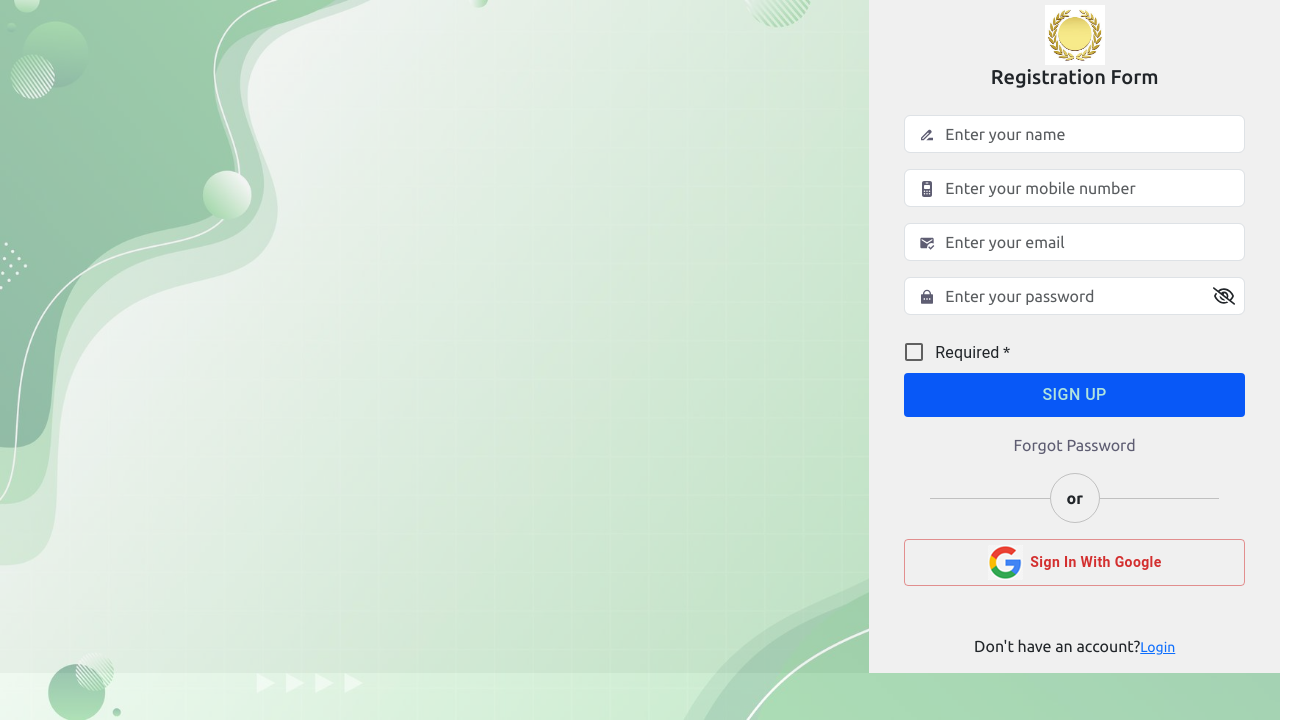
Repository: gautamsonam011/admin-react-dashboard
Page: /signup
The author's editor kept a copy of each file at every save. The page is drawn from the files as they stood at one save, then again after the next save.
The browser window is 1280 px wide. The page is 1292 px wide, so the pictures cover 1292 px, including what lies to the right of the window. The pictures show the whole page.
The project was rebuilt for these pictures with package versions that can differ from the ones it lists, and the page was loaded fresh each time. Also part of the build but not shown: src/components/DashboardBox.jsx, src/pages/Dashboard/Dashboard.jsx, src/pages/Login/index.jsx.

Above is the page before, as saved 2025-04-26 22:14:24.

### src/App.css
@import url('https://fonts.googleapis.com/css2?family=Ubuntu:ital,wght@0,300;0,400;0,500;0,700;1,300;1,400;1,500;1,700&display=swap');

body{
  font-family: "Ubuntu", sans-serif !important;
  background-color: #f4f8f7;

}

header{
  width:100%;
  height: 70px;
  background-color:#62bebe;
  position: fixed;
  top:0px;
  left:0px;
  z-index: 1000;
}
header .logo{
  text-decoration: none;
}
header .logo img{
  margin-top: 10px;
  width:45px;

}

header .logo span{
color: coral;
font-weight: bolder;
font-size: 24px;
}
header button.rounded-circle{min-width:40px !important; width:40px !important; height: 40px !important; background-color:#0ff7d8 !important; margin: 15px;}
header button.rounded-circle svg{color:rgb(29, 27, 27); font-size: 25px !important; transition: all 0.2s ease-in-out;}
header button.rounded-circle:hover svg{color: #2585d4 !important;}
.searchBox{width:400px; height: 40px; background-color:#faf9f9; border-radius: 6px;padding: 3px 15px;}
.searchBox input{background: transparent;border:0px; outline:none; padding-left: 5px; font-size: 15px; color:#292929}
.searchBox input::-webkit-input-placeholder{color:#292929}
.searchBox svg{font-size: 18px; color:#292929 ;}

.userImg{display: flex; align-items:center; justify-content: center; overflow: hidden; width:40px; height: 40px; border:1px solid #0ff7d8; padding: 2px; border-radius: 100%;}
.userImg .rounded-circle{display: flex; align-items:center; justify-content: center; overflow: hidden; width: 40px; height: 40px; cursor: pointer; position: relative;}
.userImg .rounded-circle .img{object-fit: cover; width: 100%;}
.userInfo{padding-left: 10px;}
.userInfo h5{font-size: 15px; font-weight: 600; margin-bottom:0px; color: #266666;}

#account-menu li{font-size: 14px !important;}
#account-menu li svg{font-size: 20px !important}

.dropdown-info{padding-left: 6px;}
.dropdown-info h4{font-size: 15px; font-weight:600;margin-top: 2px; white-space: break-space; line-height: 21px;}
.dropdown-info p{font-size: 10px; color: #2585d4;}


/* Style for sidebar  */

.main .sidebarWrapper{width: 20%; flex: 0 0 20%; transition: all 0.3s ease-in-out;}
.main .sidebarWrapper.toggle{width: 0%; flex: 0 0 0%;}
.btn-signin{padding: 7px 20px !important; background:#266666 !important; color: #f4f8f7 !important; font-weight: bold !important; border-radius:20px !important;}
.main .sidebarWrapper .sidebar{width:20%; height: 100vh; max-height: calc(100%-70px); position:fixed; top: 70px; left:0px; background:#b1e4dd; overflow-y: scroll; overflow-x: hidden; padding-bottom: 40px; transition: all 0.3s ease-in-out;}
.main .sidebarWrapper.toggle .sidebar{left:-100%;}

.main .sidebarWrapper .sidebar::-webkit-scrollbar-thumb{background: transparent !important; width:3px;}
.main .sidebarWrapper:hover .sidebar::-webkit-scrollbar{ background:#2585d4; width:3px;}
.main .sidebarWrapper .sidebar ul{margin-bottom:0px;}
.main .sidebarWrapper .sidebar ul li{list-style: none; margin-top:10px;}
.main .sidebarWrapper .sidebar ul li button{color:#266666; text-align: left; justify-content: left; border-radius:0px !important; padding: 12px 15px !important;
  align-items: center; text-transform: capitalize !important;font-family: "Ubuntu", sans-serif !important;
  margin-left: 0px; font-size: 15px !important;
}
.main .sidebarWrapper .sidebar ul li button .icon{display: flex; align-items:center; justify-content: center; width:25px; height:25px; margin-right: 10px;}
.main .sidebarWrapper .sidebar ul li button .icon svg{color:#292929; opacity: 0.8; font-size: 22px;}
.main .sidebarWrapper .sidebar ul li button .arrow{margin-left: auto; display: flex; align-items: center; justify-content: center; width: 25px; transition: all 0.3s ease-in-out}
.main .sidebarWrapper .sidebar ul li button:hover{background:#62bebe !important;}
.main .sidebarWrapper .sidebar ul li button.active{background: #62bebe !important;}
.main .sidebarWrapper .sidebar ul li button.active .arrow{transform: rotate(90deg);}

.main .sidebarWrapper .sidebar ul .submenu{padding: 0px 45px; position:relative; height:auto;}
.main .sidebarWrapper .sidebar ul .submenu::before{content:''; width:1px; height: 95%; position: absolute; top:0px; left:25px; background:rgba(0, 0, 0, 0.1);}
.main .sidebarWrapper .sidebar ul .submenu li{width:100%; list-style: none;}
.main .sidebarWrapper .sidebar ul .submenu li a{color:#266666 !important; text-decoration: none; font-family: "Ubuntu", sans-serif !important;
display: block; padding: 6px 0px; font-size: 14px !important; font-weight: 500; transition:all 0.3s}
.main .sidebarWrapper .sidebar ul .submenu li a:hover{color:#2585d4 !important;}

.main .sidebarWrapper .sidebar ul .submenuWrapper{transition:all 0.3s ease-in-out; height: 0px; overflow: hidden; }
.main .sidebarWrapper .sidebar ul .submenuWrapper.colapsed .submenu{opacity:0;}

.main .sidebarWrapper .sidebar ul .submenuWrapper.colapse{height:auto; overflow: inherit;}
.main .sidebarWrapper .sidebar ul .submenuWrapper.colapse .submenu{opacity:1; height:auto;}

.logoutWrapper{padding: 0px 25px;}
.logoutWrapper .logoutBox{width:100%; height:100px; padding: 25px; background:#bcd2fd; border-radius:10px; margin-bottom:20px; display:flex; align-items: center; justify-content: center;
position:relative; overflow:hidden;}
.logoutWrapper .logoutBox::before{content:''; width:50px; height:50px; background:#266666; border-radius: 100%; position:absolute; top: -20px; right: 30px; opacity:0.5}
.logoutWrapper .logoutBox::after{content:''; width:30px; height:30px; background:#266666; border-radius: 100%; position:absolute; top: -30px; left: 30px; opacity:0.5}
.logoutWrapper .logoutBox button{font-size:14px !important; font-weight: 600 !important; }
.logoutWrapper .logoutBox button svg{margin-right: 15px; font-size:18px;}

.main .content{width:80%; flex: 0 0 80%; transition: all 0.3s ease-in-out;}
.main .content.toggle{width:100%; flex: 0 0 100%;}

.dashboardBoxWrapperRow{margin-left: 20%;}
.right-content{padding: 90px 30px;}
.dashboardBoxWrapper{gap: 15px; width:100%; flex-wrap: wrap;}
.dashboardBoxWrapper .dashboardBox{width:48%; height: 170px; border-radius:10px; overflow: hidden; padding:20px; display: flex; flex-direction: column; justify-content: space-around; text-align: left !important; justify-content: flex-start;}
.dashboardBoxWrapperRow .box{width:100%; height: 100%; background:#0ff7d8;}

.dashboardBoxWrapper .dashboardBox .col1 h4{font-size: 20px; font-weight: 600;}
.dashboardBoxWrapper .dashboardBox .col1 span{font-size: 40px; font-weight: bold;}
.dashboardBoxWrapper .dashboardBox .icon { margin-left: 180px; display: flex; align-items:center; justify-content: center; width:45px; height: 45px; border-radius:5px; background-image: linear-gradient(to bottom right, rgba(0, 0, 0, 0), rgba(0, 0, 0, 0.2));}
.dashboardBoxWrapper .dashboardBox .icon svg{font-size: 45px; opacity: 0.1; color:#f4f8f7}

.dashboardBoxWrapper .dashboardBox button.toggleIcon {font-size: 22px; color:rgba(0,0,0,0.5); cursor: pointer; min-width: 40px !important; width: 40px !important; height: 40px !important; border-radius: 50% !important; margin-left: 170px; border-right: none; opacity: 0.3;}

.dashboardBoxWrapperRow .dashboardBoxWrapper .dashboardBox .chart{position:absolute; opacity: 0.1;}
.dashboardBoxWrapperRow .dashboardBoxWrapper .dashboardBox .chart svg{font-size: 150px; color: #000;}

/*  style for Login page */

.loginSection{
  width: 100%; height: 120hv; padding: 35px 25px;
  background:#f4f8f7; position: relative;
}
.loginbgimage{width:100%; height: 100%; opacity: 0.4; position: fixed; top: 0; left: 0; z-index: 99; pointer-events: none;}
.loginSection .loginBox{width: 400px; height: auto; margin: auto;}
.loginSection .loginBox .wrapper{width:100%; height: auto; background: #98becf;}
.full{max-width: 100% !important; flex: 0 0 100% !important; width: 100% !important;}
.loginSection .loginBox .wrapper .form-control{box-shadow: none !important; outline: none !important; padding-left: 40px;}
.loginSection .loginBox .wrapper .form-control:focus{border: 1px solid #0858f7 !important;}
.loginSection .loginBox .wrapper .form-group .icon{position: absolute; top: 6px; left: 15px; z-index: 100;}
.loginSection .loginBox .wrapper .form-group.focus .icon svg{color:#0858f7 !important;}
.loginSection .loginBox .wrapper .form-group .icon svg{color:#5e5d72;}
.toggleShowPassword{position: absolute; top: 5px; right: 10px; cursor: pointer;}
.toggleShowPassword svg{font-size: 22px;}
.btn-big{padding: 8px 25px !important; background:#0858f7 !important; color:#b1e4dd !important; font-size: 16px !important;}
.forgotPassword{color: #5e5d72; text-decoration: none;}
.forgotPassword:hover{color:#0858f7 !important;}
.loginSection .loginBox .wrapper .link{font-size: 14px;}
.loginSection .loginBox .wrapper .or span.line{display: block; width: 35%; height: 1px; background: rgba(0, 0, 0, 0.2);}
.loginSection .loginBox .wrapper .or span.txt{display: flex; align-items: center; justify-content: center; font-size: 16px; font-weight: 600; width: 50px; height: 50px; border: 1px solid rgba(0, 0, 0, 0.2); border-radius: 50%;}
.loginSection .loginBox .wrapper .form-group{margin-bottom: 12px;}
.loginwithGoogle{text-transform: capitalize !important; font-weight: bold !important;}
/* Registration Form */
.signupSection{background: #f1f1f1 !important; padding: 0px 0px;}
.signupSection .loginBox{background: #f0f0f0 !important; position:relative; z-index: 100; width:100% !important; padding: 5px 25px !important;}
.signupSection .loginBox .wrapper{border: 0px !important; background: transparent !important; padding: 10px !important;}

### src/components/Sidebar/index.jsx
import Button from '@mui/material/Button';
import { RiDashboardLine } from "react-icons/ri";
import { IoIosArrowForward } from "react-icons/io";
import { TbBrandProducthunt } from "react-icons/tb";
import { TiShoppingCart } from "react-icons/ti";
import { MdOutlineMessage } from "react-icons/md";
import { IoNotifications } from "react-icons/io5";
import { MdOutlineSettings } from "react-icons/md";
import { Link } from 'react-router-dom';
import React, { useState} from "react";
import { RiLogoutCircleRLine } from "react-icons/ri";
// import { MyContext } from '../../App';

const Sidebar = () =>{
    const [activeTab, setActiveTab] = useState(0);
    const [isToggleSubmenu, setIsToggleSubmenu] = useState(false);

    // const context = useContext(MyContext);

    const isOpenSubmenu = (index) =>{
        setActiveTab(index);
        setIsToggleSubmenu(!isToggleSubmenu);


    }

    return(
        <div className="sidebar">
            <ul>
                <li>
                    <Link to="/">
                    <Button className={`w-100 ${activeTab === 0 ? 'active' : ''}`} onClick={()=>isOpenSubmenu(0)}>
                        <span className='icon'><RiDashboardLine/></span>
                        Dashboard
                        <span className="arrow"><IoIosArrowForward/></span>
                    </Button>
                    </Link>
                </li>
                <li>
                    <Button className={`w-100 ${activeTab === 1 && isToggleSubmenu===true ?  'active' : ''}`} onClick={()=>isOpenSubmenu(1)}>
                        <span className='icon'><TbBrandProducthunt/></span>
                        Products
                        <span className="arrow"><IoIosArrowForward/></span>
                    </Button>
                    <div className={`submenuWrapper ${activeTab===1 && isToggleSubmenu===true ? 'colapse':'colapsed'}`}>
                    <ul className='submenu'>
                        <li><Link to="#">Product Add</Link></li>
                        <li><Link to="#">Product List</Link></li>
                        <li><Link to="#">Product View</Link></li>
                    </ul>
                    </div>
                </li>
                <li>
                    <Link to="/">
                    <Button className={`w-100 ${activeTab === 2 ? 'active' : ''}`} onClick={()=>isOpenSubmenu(2)}>
                        <span className='icon'><TiShoppingCart/></span>
                        Orders
                        <span className="arrow"><IoIosArrowForward/></span>
                    </Button>
                    </Link>
                </li>
                <li>
                    <Link to="/">
                    <Button className={`w-100 ${activeTab === 3 ? 'active' : ''}`} onClick={()=>isOpenSubmenu(3)}>
                        <span className='icon'><MdOutlineMessage/></span>
                        Messages
                        <span className="arrow"><IoIosArrowForward/></span>
                    </Button>
                    </Link>
                </li>
                <li>
                    <Link to="/">
                    <Button className={`w-100 ${activeTab === 4 ? 'active' : ''}`} onClick={()=>isOpenSubmenu(4)}>
                        <span className='icon'><IoNotifications/></span>
                        Notifications
                        <span className="arrow"><IoIosArrowForward/></span>
                    </Button>
                    </Link>
                </li>
                <li>
                    <Link to="/">
                    <Button className={`w-100 ${activeTab === 5 ? 'active' : ''}`} onClick={()=>isOpenSubmenu(5)}>
                        <span className='icon'><MdOutlineSettings /></span>
                        Settings
                        <span className="arrow"><IoIosArrowForward/></span>
                    </Button>
                    </Link>
                </li>
            </ul>
            <br/>
            <div className="logoutWrapper">
                <div className="logoutBox">
            <Button variant="outlined"> <RiLogoutCircleRLine/>Logout</Button>
            </div>
            </div>
        </div>
    )
}

export default Sidebar

### src/pages/SignUp/index.jsx
import logo from '../../assests/images/logo.jpg';
import bgImage from '../../assests/bg.jpg';

import { MyContext } from '../../App';
import { useContext, useEffect, useState } from 'react';
import { MdMarkEmailRead } from "react-icons/md";
import { RiLockPasswordFill } from "react-icons/ri";
import { FaRegEyeSlash } from "react-icons/fa6";
import { FaEye } from "react-icons/fa";
import Button from '@mui/material/Button';
import { Link } from 'react-router-dom';
import google from "../../assests/images/google.png";
import { MdDriveFileRenameOutline } from "react-icons/md";
import { FaMobileRetro } from "react-icons/fa6";
import FormControlLabel from '@mui/material/FormControlLabel';
import Checkbox from '@mui/material/Checkbox';


const SignUp = () => {
    const context = useContext(MyContext);
    const [inputIndex, setInputIndex] = useState(null);
    const [isShowPassword, setisShowPassword] = useState(false);
    const focusInput = (index) => {
        setInputIndex(index);
    }

    useEffect(() => {
        context.setisHideSidebarHeader(true);
    }, []);

    return (
        <>
            <img src={bgImage} className='loginbgimage' alt="bgimage" />
            <section className="loginSection signupSection">
                <div className='row'>
                    <div className='col-md-8'>

                    </div>
                    <div className='col-md-4 pr-0'>
                        <div className="loginBox">
                            <div className="loginLogo text-center">
                                <img src={logo} alt="Logo" width="60px" />
                                <h5 className='font-weight-bold'>Registration Form</h5>
                            </div>

                            <div className='wrapper mt-3 card border p-3'>
                                <form>
                                <div className={`form-group mb-3 position-relative ${inputIndex === 0 && 'focus'}`}>
                                        <span className="icon"><MdDriveFileRenameOutline /></span>
                                        <input type="text" className='form-control' placeholder='Enter your name' onFocus={() => focusInput(0)} onBlur={() => setInputIndex(null)} />
                                    </div>
                                    <div className={`form-group mb-3 position-relative ${inputIndex === 1 && 'focus'}`}>
                                        <span className="icon"><FaMobileRetro /></span>
                                        <input type="number" className='form-control' placeholder='Enter your mobile number' onFocus={() => focusInput(1)} onBlur={() => setInputIndex(null)} />
                                    </div>
                                    <div className={`form-group mb-3 position-relative ${inputIndex === 2 && 'focus'}`}>
                                        <span className="icon"><MdMarkEmailRead /></span>
                                        <input type="email" className='form-control' placeholder='Enter your email' onFocus={() => focusInput(2)} onBlur={() => setInputIndex(null)} />
                                    </div>
                                    <div className={`form-group mb-3 position-relative ${inputIndex === 3 && 'focus'}`}>
                                        <span className="icon"><RiLockPasswordFill /></span>
                                        <input type={`${isShowPassword === true ? 'text' : 'password'}`} className='form-control' placeholder='Enter your password' onFocus={() => focusInput(3)} onBlur={() => setInputIndex(null)} />
                                        <span className="toggleShowPassword" onClick={() => setisShowPassword(!isShowPassword)}>
                                            {
                                                isShowPassword === true ? <FaEye /> : <FaRegEyeSlash />
                                            }

                                        </span>
                                    </div>
                                    <FormControlLabel required control={<Checkbox />} label="Required" />
                                    <div className='form-group'>
                                        <Button className="btn-lg w-100 btn-big">Sign Up</Button>
                                    </div>
                                    <div className='form-group text-center mt-3'>
                                        <Link to={'forgot-password'} className="forgotPassword">Forgot Password</Link>
                                        <div className='d-flex align-items-center justify-content-center or mt-3 mb-3'>
                                            <span className='line'></span>
                                            <span className='txt'>or</span>
                                            <span className='line'></span>
                                        </div>

                                        <Button variant="outlined" color="error" className='w-100 btn-lg loginwithGoogle'><img src={google} /> &nbsp; Sign In with Google</Button>
                                    </div>
                                </form>
                            </div>
                            <div className='wrapper mt-3 card border p-3 footer'>
                                <span className='text-center'>
                                    Don't have an account?
                                    <Link to={'/login'} className='link color ml-2'>Login</Link>
                                </span>
                            </div>
                        </div>
                    </div>
                </div>

            </section>
        </>
    )
}
export default SignUp;

### src/components/SearchBox.jsx
import { FaSearch } from "react-icons/fa";

const SearchBox = () =>{
    return (
        <div className="searchBox position-relative d-flex align-items-center">
            <FaSearch className="mr-2" />
            <input type="text" placeholder="Search here"  />
        </div>
    )
}

export default SearchBox;

Loaded but not shown: public/index.html (common file); src/index.js (common file); src/reportWebVitals.js (common file); src/App.js (59 lines, source omitted); src/components/Header/index.jsx (239 lines, source omitted)

After the next save:
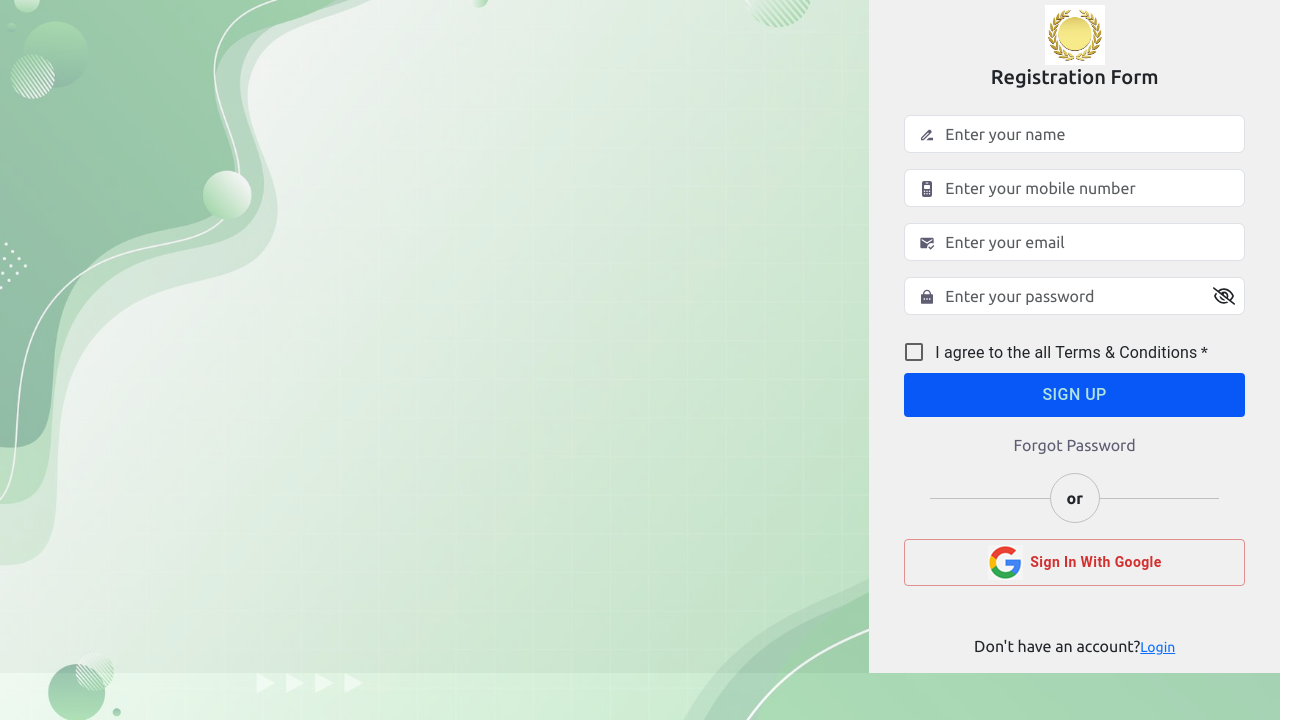
Saved 82 s later.
--- a/src/pages/SignUp/index.jsx
+++ b/src/pages/SignUp/index.jsx
@@ -67,7 +67,7 @@ const SignUp = () => {
 
                                         </span>
                                     </div>
-                                    <FormControlLabel required control={<Checkbox />} label="Required" />
+                                    <FormControlLabel required control={<Checkbox />} label="I agree to the all Terms & Conditions" />
                                     <div className='form-group'>
                                         <Button className="btn-lg w-100 btn-big">Sign Up</Button>
                                     </div>
